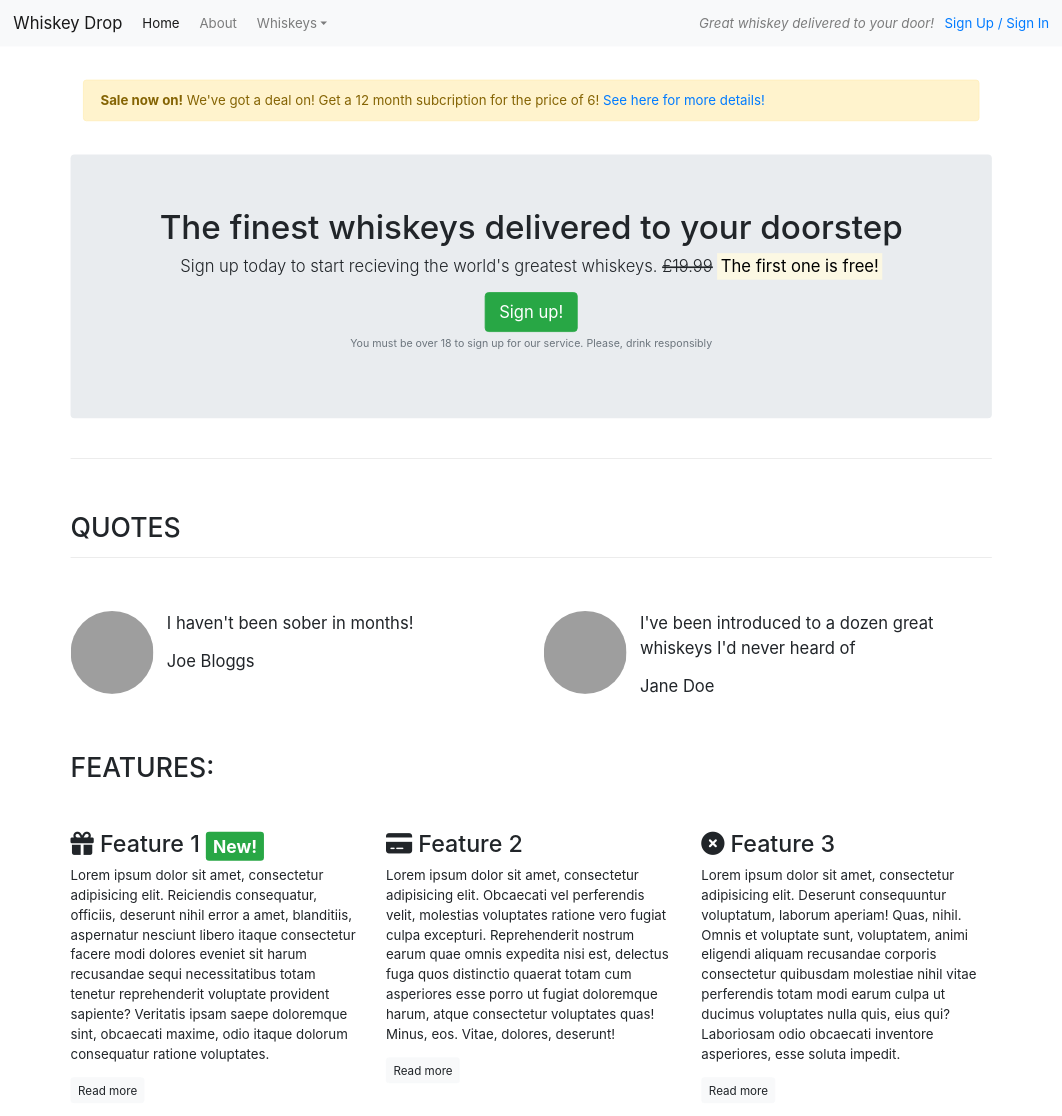
Repository: Matt-F90/Intro-to-bootstrap
Page: index.html
The author's editor kept a record of every edit. The page is drawn from the files as they stood at one moment, then again after the next edit.
The browser window is 1280 px wide. The pictures show the whole page, at 83% of full size.
Pictures or frames that could not be fetched are drawn as grey boxes. Some web libraries are served in a nearby version.

Above is the page before.
Console error: TypeError: Cannot read properties of undefined (reading 'fn')

After the next edit:
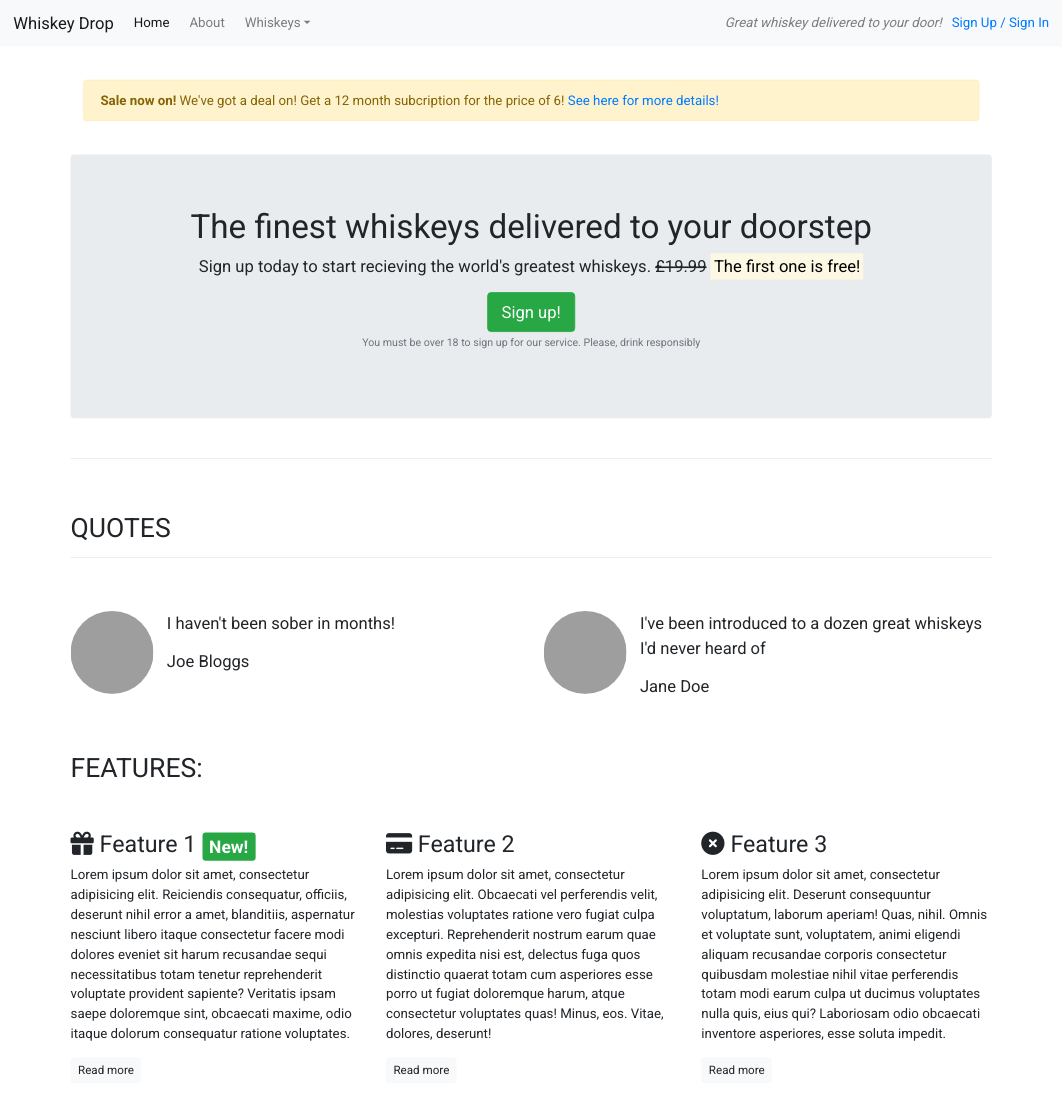
The edit:
--- a/index.html
+++ b/index.html
@@ -9,6 +9,8 @@
     <link rel="stylesheet" href="https://stackpath.bootstrapcdn.com/bootstrap/4.1.3/css/bootstrap.min.css" integrity="sha384-MCw98/SFnGE8fJT3GXwEOngsV7Zt27NXFoaoApmYm81iuXoPkFOJwJ8ERdknLPMO" crossorigin="anonymous">
     <script src="https://stackpath.bootstrapcdn.com/bootstrap/4.1.3/js/bootstrap.min.js" integrity="sha384-ChfqqxuZUCnJSK3+MXmPNIyE6ZbWh2IMqE241rYiqJxyMiZ6OW/JmZQ5stwEULTy" crossorigin="anonymous"></script>
     <script src="https://kit.fontawesome.com/f919e2be21.js" crossorigin="anonymous"></script>
+    <link href="https://fonts.googleapis.com/css?family=Roboto:400,700&display=swap" rel="stylesheet">
+    <link rel="stylesheet" href="css/style.css" type="text/css">
 
     <body>
         <nav class="navbar navbar-light bg-light navbar-expand-sm">
